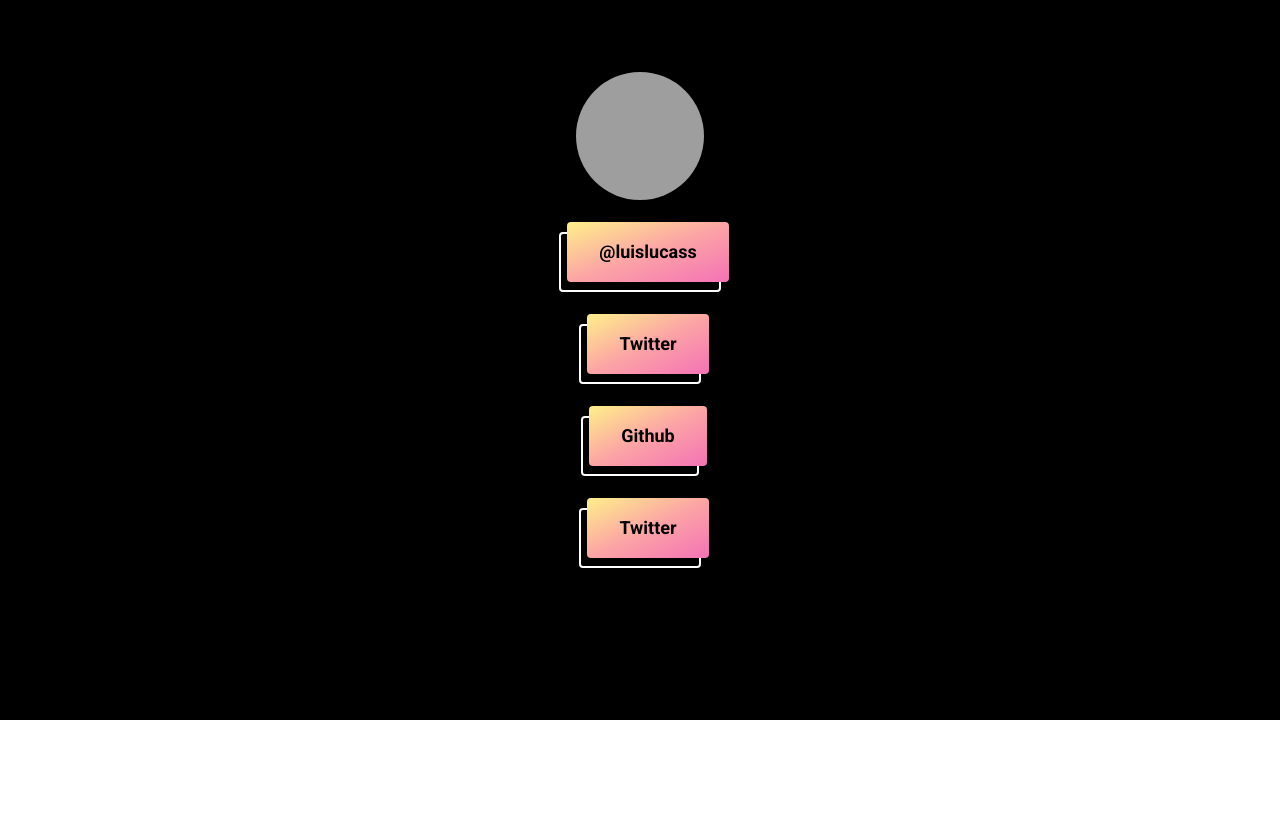
Repository: LuisSempre/link-to
Page: index.html
An editor plug-in stored every save of this project. The page is shown before and after the next save, followed by the edit.
The browser window is 1280 px wide. The pictures show the whole page.
Pictures or frames that could not be fetched are drawn as grey boxes. Some web libraries are served in a nearby version.

Above is the page before, as saved 2022-07-05 22:14:46.

### index.html
<!DOCTYPE html>
<html lang="en">
    <head>
        <meta charset="UTF-8">
        <meta http-equiv="X-UA-Compatible" content="IE=edge">
        <meta name="viewport" content="width=device-width, initial-scale=1.0">
        <link rel="preconnect" href="https://fonts.googleapis.com">
        <link rel="preconnect" href="https://fonts.gstatic.com" crossorigin>
        <link
            href="https://fonts.googleapis.com/css2?family=Roboto:ital,wght@0,100;0,300;0,400;0,500;0,700;0,900;1,100;1,300;1,400;1,500;1,700;1,900&display=swap"
            rel="stylesheet">
        <script src="https://cdn.tailwindcss.com"></script>
        <title>Document</title>
    </head>
    <body style="font-family:Roboto">
        <div class="h-screen w-full bg-black flex items-center justify-center">
            <section class="relative">
                <div class="relative z-40 mx-auto h-full max-w-7xl px-10">
                    <div class="-mt-20 flex h-full w-full flex-col items-center
                        justify-center space-y-8 py-32 sm:py-48 md:py-64">
                        <img
                            class="w-32 h-32 rounded-full"
                            src="https://media-exp1.licdn.com/dms/image/C4E03AQFxPhk96MlXfQ/profile-displayphoto-shrink_800_800/0/1657066015387?e=1662595200&v=beta&t=8l3NPv3_wh4v4q8p_mHKIiNLJlaeUFYIeHHBMLw4AEI"
                            alt="">
                        <a href="#_" class="group relative w-full sm:w-auto">
                            <span class="absolute top-0 left-0 h-full w-full
                                rounded
                                border-2 border-white text-transparent">Twitter</span>
                            <span class="relative inline-block w-full
                                -translate-y-2.5 translate-x-2 transform rounded
                                bg-gradient-to-br from-yellow-200 via-red-300
                                to-pink-400 px-8 py-4 text-center text-lg
                                font-semibold transition-all duration-150
                                ease-linear group-hover:-translate-y-1.5
                                group-hover:translate-x-1.5 sm:w-auto
                                hover:text-white">@luislucass</span>
                        </a>
                        <a href="#_" class="group relative w-full sm:w-auto">
                            <span class="absolute top-0 left-0 h-full w-full
                                rounded
                                border-2 border-white text-transparent">Twitter</span>
                            <span class="relative inline-block w-full
                                -translate-y-2.5 translate-x-2 transform rounded
                                bg-gradient-to-br from-yellow-200 via-red-300
                                to-pink-400 px-8 py-4 text-center text-lg
                                font-semibold transition-all duration-150
                                ease-linear group-hover:-translate-y-1.5
                                group-hover:translate-x-1.5 sm:w-auto
                                hover:text-white">Twitter</span>
                        </a>
                        <a href="https://github.com/LuisSempre" class="group relative w-full sm:w-auto">
                            <span class="absolute top-0 left-0 h-full w-full
                                rounded
                                border-2 border-white text-transparent">Github</span>
                            <span class="relative inline-block w-full
                                -translate-y-2.5 translate-x-2 transform rounded
                                bg-gradient-to-br from-yellow-200 via-red-300
                                to-pink-400 px-8 py-4 text-center text-lg
                                font-semibold transition-all duration-150
                                ease-linear group-hover:-translate-y-1.5
                                group-hover:translate-x-1.5 sm:w-auto
                                hover:text-white">Github</span>
                        </a>
                        <a href="https://www.linkedin.com/in/luis-lucas-a5b30737/" class="group relative w-full sm:w-auto">
                            <span class="absolute top-0 left-0 h-full w-full
                                rounded
                                border-2 border-white text-transparent">Twitter</span>
                            <span class="relative inline-block w-full
                                -translate-y-2.5 translate-x-2 transform rounded
                                bg-gradient-to-br from-yellow-200 via-red-300
                                to-pink-400 px-8 py-4 text-center text-lg
                                font-semibold transition-all duration-150
                                ease-linear group-hover:-translate-y-1.5
                                group-hover:translate-x-1.5 sm:w-auto
                                hover:text-white">Twitter</span>
                        </a>
                    </div>
                </div>
            </section>
        </div>
    </body>
</html>

After the next save:
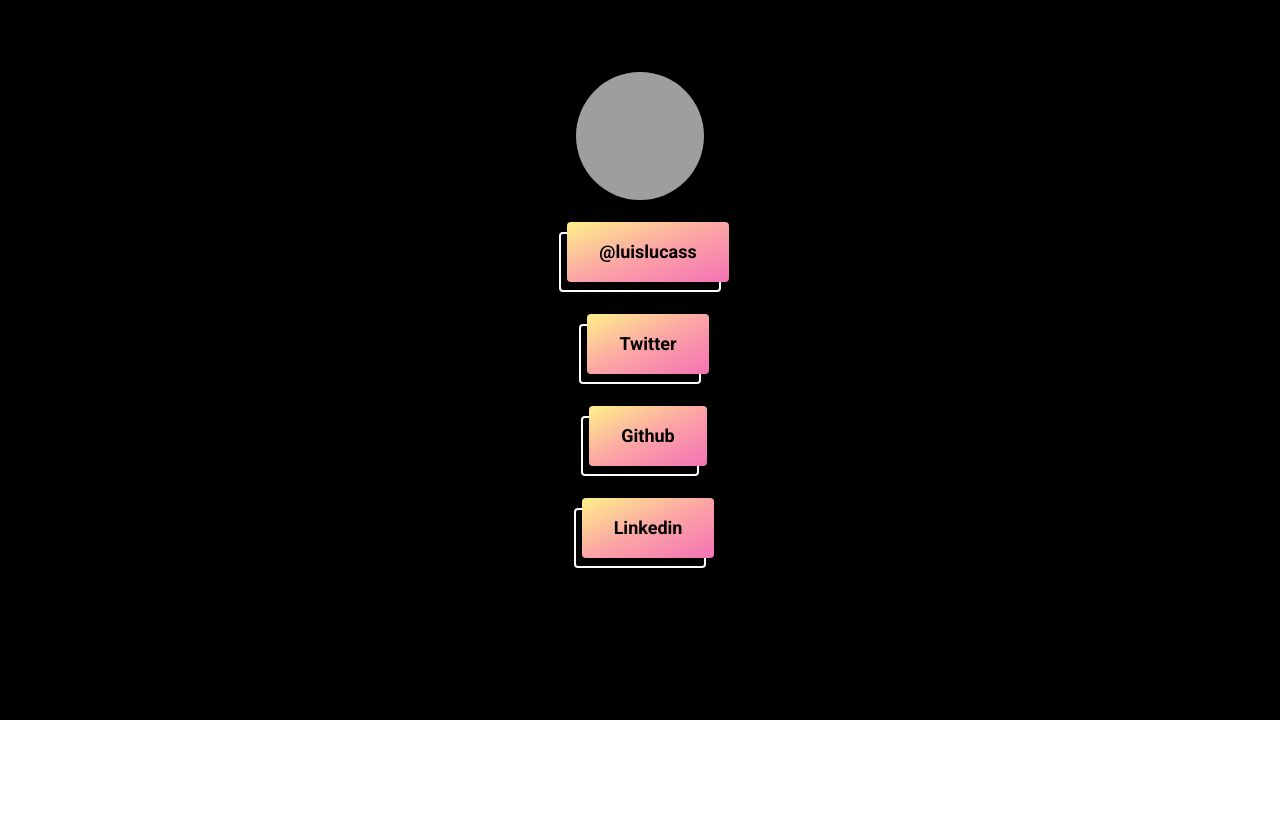
Saved 11 s later.
--- a/index.html
+++ b/index.html
@@ -64,7 +64,7 @@
                         <a href="https://www.linkedin.com/in/luis-lucas-a5b30737/" class="group relative w-full sm:w-auto">
                             <span class="absolute top-0 left-0 h-full w-full
                                 rounded
-                                border-2 border-white text-transparent">Twitter</span>
+                                border-2 border-white text-transparent">Linkedin</span>
                             <span class="relative inline-block w-full
                                 -translate-y-2.5 translate-x-2 transform rounded
                                 bg-gradient-to-br from-yellow-200 via-red-300
@@ -72,7 +72,7 @@
                                 font-semibold transition-all duration-150
                                 ease-linear group-hover:-translate-y-1.5
                                 group-hover:translate-x-1.5 sm:w-auto
-                                hover:text-white">Twitter</span>
+                                hover:text-white">Linkedin</span>
                         </a>
                     </div>
                 </div>
